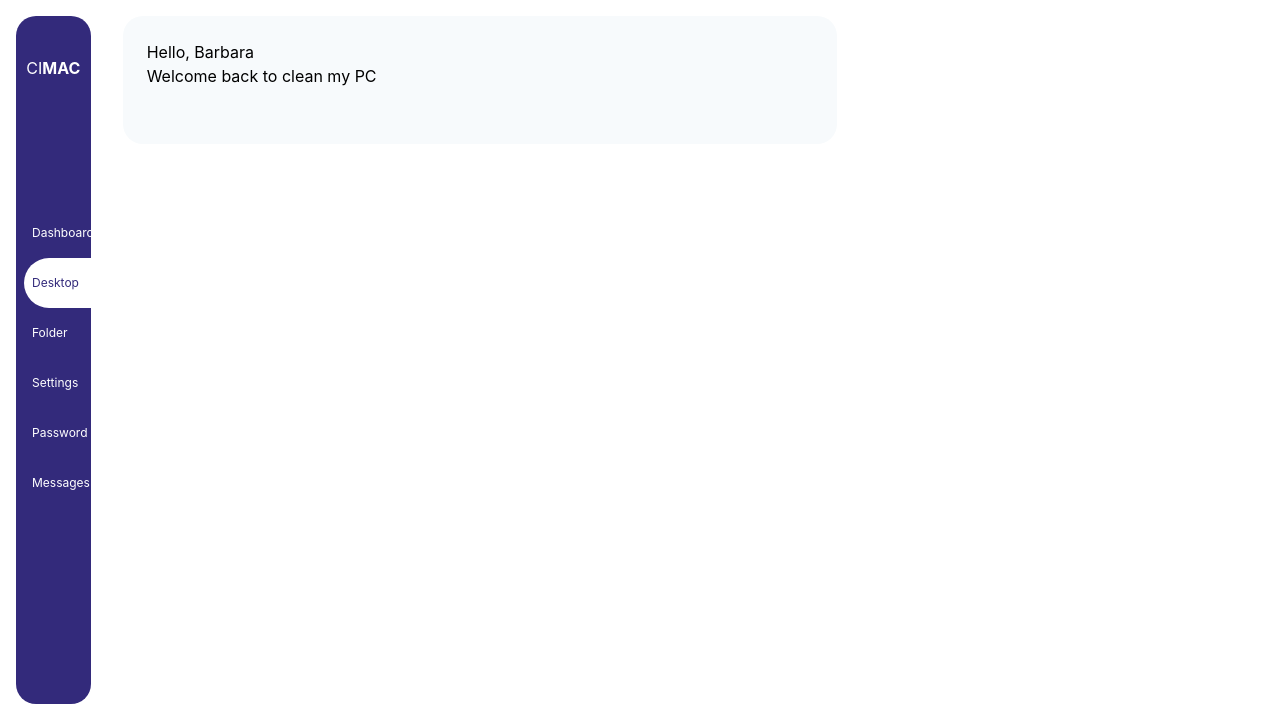
Repository: charleyvibez/experiment-Utility-software-UI
Page: index.html
These files come from the project's save history. The page is drawn as it stood at one moment and after a run of saves; the edit follows.
The browser window is 1280 px wide. The pictures show the whole page.

Above is the page before, as saved 2020-03-17 23:49:29.

After the next 5 saves:
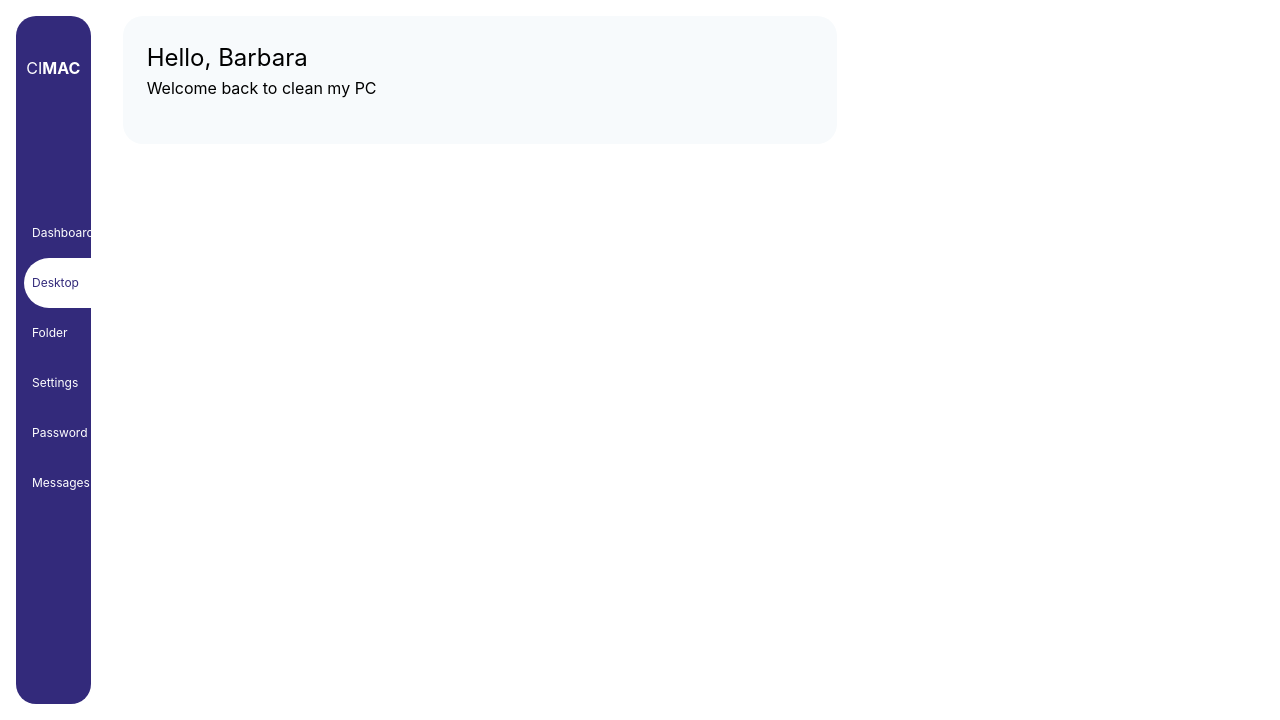
The 5 saves are shown as one change because they came seconds apart.
The last was saved 10 s later.
--- a/index.html
+++ b/index.html
@@ -31,7 +31,7 @@
   <main class="w-7/12 p-4 h-screen">
     <div class="main-container">
       <div class="hello p-6 h-32 bg-gray-100 rounded-xl flex flex-col">
-        <h1 class="bg">Hello, Barbara</h1>
+        <h1 class="text-2xl">Hello, Barbara</h1>
         <p>Welcome back to clean my PC</p>
       </div>
     </div>
